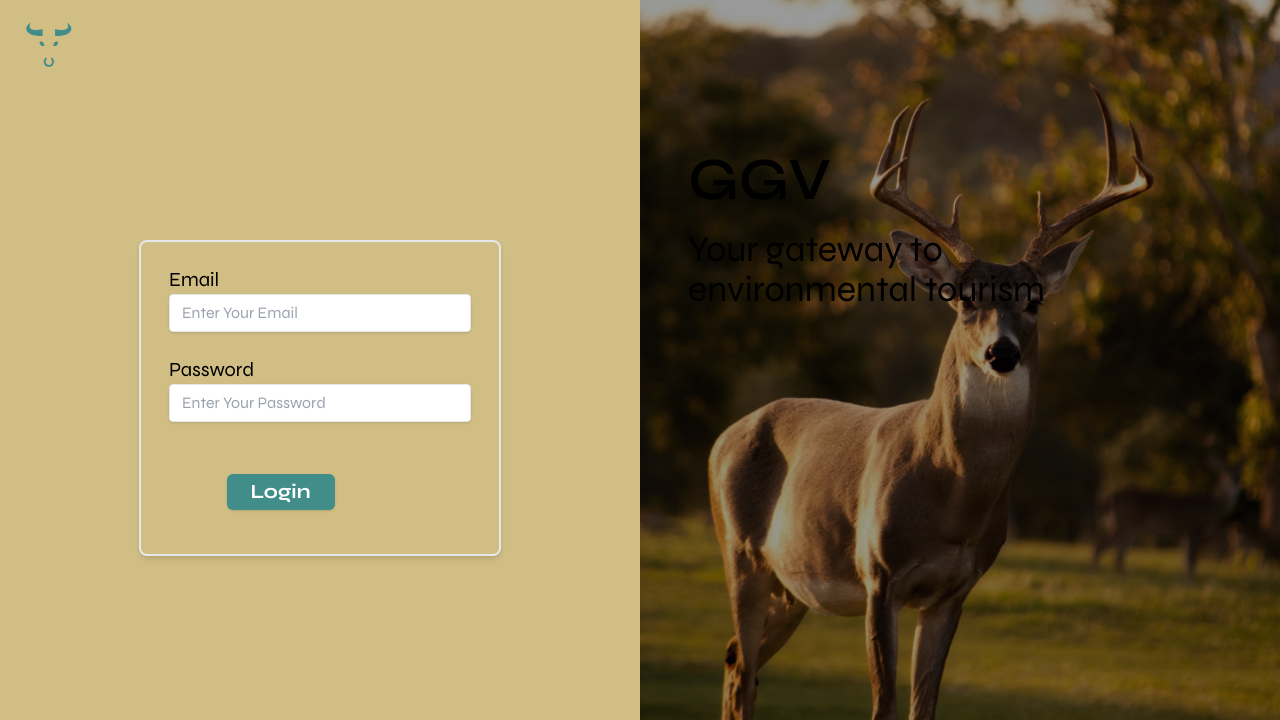
Repository: EngrAhmadUmar/landing-page
Page: /apply
An editor plug-in stored every save of this project. The page is shown before and after the next save, followed by the edit.
The browser window is 1280 px wide. The pictures show the whole page.
The project was rebuilt for these pictures with package versions that can differ from the ones it lists, and the page was loaded fresh each time. The framework's server and built-in components were replaced by stand-ins that run in the browser. Also part of the build but not shown: next.config.js, styles/Home.module.css, src/Components/ApplyPageComponents/ApplyForm.jsx, src/Components/ApplyPageComponents/RegisterForm.jsx.

Above is the page before, as saved 2022-07-08 15:07:43.

After the next save:
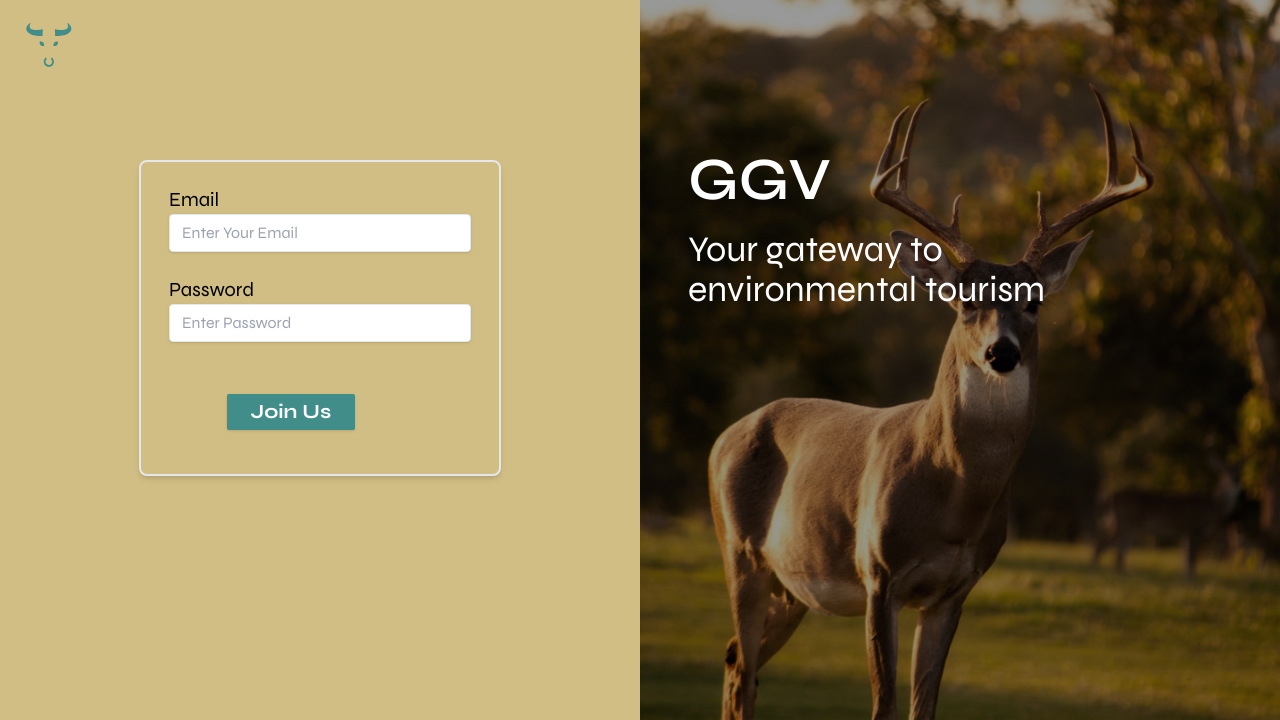
Saved 55 s later.
--- a/src/Components/ApplyPageComponents/LoginForm.jsx
+++ b/src/Components/ApplyPageComponents/LoginForm.jsx
@@ -1,54 +1,45 @@
-import { gql, useMutation } from "@apollo/client";
+import { useMutation } from "@apollo/client";
 import Head from "next/head";
 import { useState } from "react";
-import Router from "next/router";
 import Image from "next/image";
-
-const reg = gql`
-  mutation signIn($email: String!, $password: String!) {
-    login(input: { identifier: $email, password: $password }) {
-      jwt
-      user {
-        id
-        username
-        email
-      }
-    }
-  }
-`;
+import { AUTH_TOKEN } from "../constant";
+import { LOGIN_MUTATION } from "../../mutations/auth";
 
 const Login = () => {
-  const [email, setEmail] = useState("");
-  const onChangeEmail = (e) => {
-    setEmail(e.target.value);
+  const [username, setUsername] = useState("");
+  const onChangeUsername = (e) => {
+    setUsername(e.target.value);
   };
   const [password, setPassword] = useState("");
   const onChangePassword = (e) => {
     setPassword(e.target.value);
   };
 
-  const [signIn, { data, loading, error }] = useMutation(reg, {
+  const onSubmit = (e) => {
+    e.preventDefault();
+    if (username === "" || password === "") {
+      return alert("please fill in all fields");
+    }
+    login(username, password);
+
+    setUsername("");
+    setPassword("");
+  };
+
+  const [login, { data, loading, error }] = useMutation(LOGIN_MUTATION, {
     variables: {
-      email: email,
+      username: username,
       password: password
     }
   });
 
-  const onSubmit = (e) => {
-    e.preventDefault();
-    if (email === "" || password === "") {
-      return alert("please fill in all fields");
-    }
-    // check if the password and email are matched then proceed with this logiv
-    //which is redirect the user to the /apply
+  if (data) {
+    localStorage.setItem(AUTH_TOKEN, data.login.jwt);
+    console.log(data);
+    localStorage.setItem("user", JSON.stringify(data));
+    console.log("user logged in");
+  }
 
-    // const router = useRouter();
-    Router.push("/apply");
-    signIn(password, email);
-
-    setEmail("");
-    setPassword("");
-  };
   return (
     <div className="font-syne bg-[#d1be84] bg-cover grid grid-col-1 md:grid-cols-2 md:h-[100vh]">
       <Head>
@@ -68,66 +59,50 @@ const Login = () => {
         <div className="flex justify-center">
           <form
             onSubmit={onSubmit}
-            className="shadow-md rounded-lg px-7 pt-6 pb-8 mt-[5rem] lg:mx-12 xl:mx-auto border-gray border-2 font-Syne md:max-w-lg"
+            className="pt-6 pb-8 mb-4 border-2 rounded-lg shadow-md px-7 border-gray "
           >
             <div className="mb-6">
               <label className="text-lg md:text-xl">Email</label>
               <input
                 type="email"
-                className="shadow appearance-none border rounded w-full py-2 px-3 text-gray-700 leading-tight focus:outline-none focus:shadow-outline"
-                name="email"
-                onChange={onChangeEmail}
+                className="w-full px-3 py-2 leading-tight text-gray-700 border rounded shadow appearance-none focus:outline-none focus:shadow-outline"
+                name="username"
+                onChange={onChangeUsername}
                 placeholder="Enter Your Email"
-                value={email}
+                value={username}
               />
             </div>
 
-            <div>
+            <div className="mb-4">
               <label className="text-lg md:text-xl">Password</label>
               <input
-                type="text"
-                className="shadow appearance-none border rounded w-full py-2 px-3 text-gray-700 leading-tight focus:outline-none focus:shadow-outline"
+                type="password"
                 name="password"
-                placeholder="Enter Your Password"
                 value={password}
                 onChange={onChangePassword}
+                placeholder="Enter Password"
+                className="w-full px-3 py-2 leading-tight text-gray-700 border rounded shadow appearance-none focus:outline-none focus:shadow-outline"
               />
             </div>
-            {/* <div className="flex items-center mt-4">
-              <div>
-                <input type="checkbox" className="mr-2 leading-tight" />
-                <span className="text-sm text-center md:text-lg">Tourist</span>
-              </div>
-              <div className="ml-5">
-                <input type="checkbox" className="mr-2 leading-tight" />
-                <span className="text-sm text-center md:text-xl">Investor</span>
-              </div>
-            </div> */}
 
             <div className="mt-5 ml-[8vh]">
-              <button className="shadow focus:shadow-outline focus:outline-none text-white font-bold px-6 md:text-xl bg-[#418d89] rounded-md mt-8 mb-3 py-1">
-                {loading ? "Sending" : "Login"}
+              <button className="shadow bg-green focus:shadow-outline focus:outline-none text-white font-bold px-6 md:text-xl bg-[#418d89] rounded-sm mt-8 mb-3 py-1">
+                {loading ? "Sending" : "Join Us"}
               </button>
             </div>
           </form>
         </div>
-        <>
-          {data && (
-            <div>
-              <h1>Token: {data.login?.jwt}</h1>
-              <span>UserID: {data.login.user?.id} </span>
-              <span>UserEmail: {data.login.user?.email} </span>
-            </div>
-          )}
-        </>
       </div>
 
       <div className=" flex bg-[url('/apply_for_visa_bg.png')]  bg-cover bg-no-repeat sm:bg-center md:bg-bottom lg:bg-bottom xl:bg-bottom 2xl:center">
         <div className="mt-[50px] md:mt-[150px] mx-4 md:mx-12">
-          <h3 className="  text-4xl md:text-5xl lg:text-6xl font-semibold">
+          <h3
+            className=" text-white
+           text-4xl md:text-5xl lg:text-6xl font-semibold"
+          >
             GGV
           </h3>
-          <p className="max-w-md md:max-w-xl text-2xl md:text-4xl mt-5">
+          <p className="max-w-md md:max-w-xl text-2xl md:text-4xl mt-5 text-white">
             Your gateway to <br></br>environmental tourism
           </p>
         </div>
